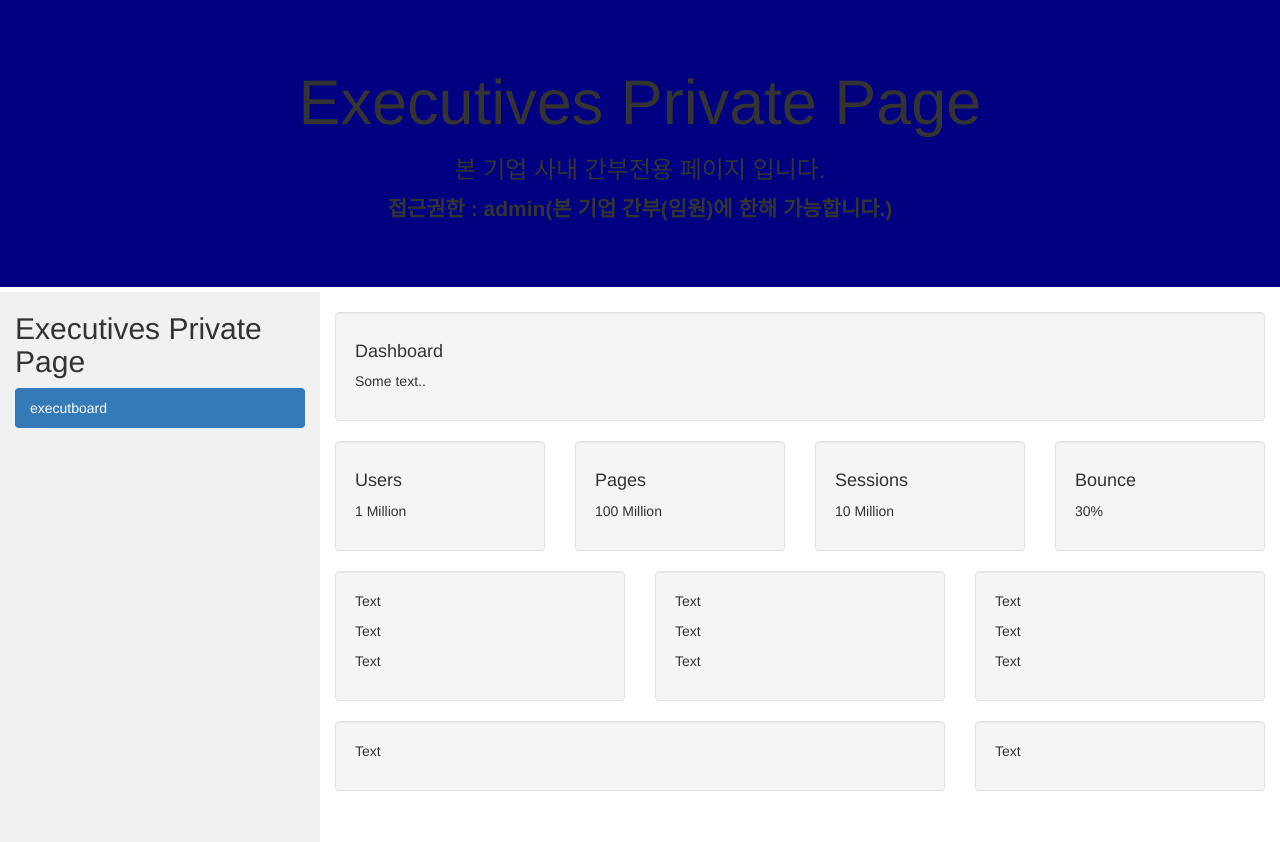
Repository: as2019a/spring
Page: http://localhost/ch19_project_mavenwebsite/WEB-INF/views/executives/maps.jsp
An editor plug-in stored every save of this project. The page is shown before and after the next save, followed by the edit.
The browser window is 1280 px wide. The pictures show the whole page.
Some web libraries are served in a nearby version. The page is served by Tomcat 9. Nobody is signed in. The template is opened directly, without the code that normally fills it, so the values that code supplies are empty.

Above is the page before, as saved 2019-01-29 08:49:52.

After the next save:
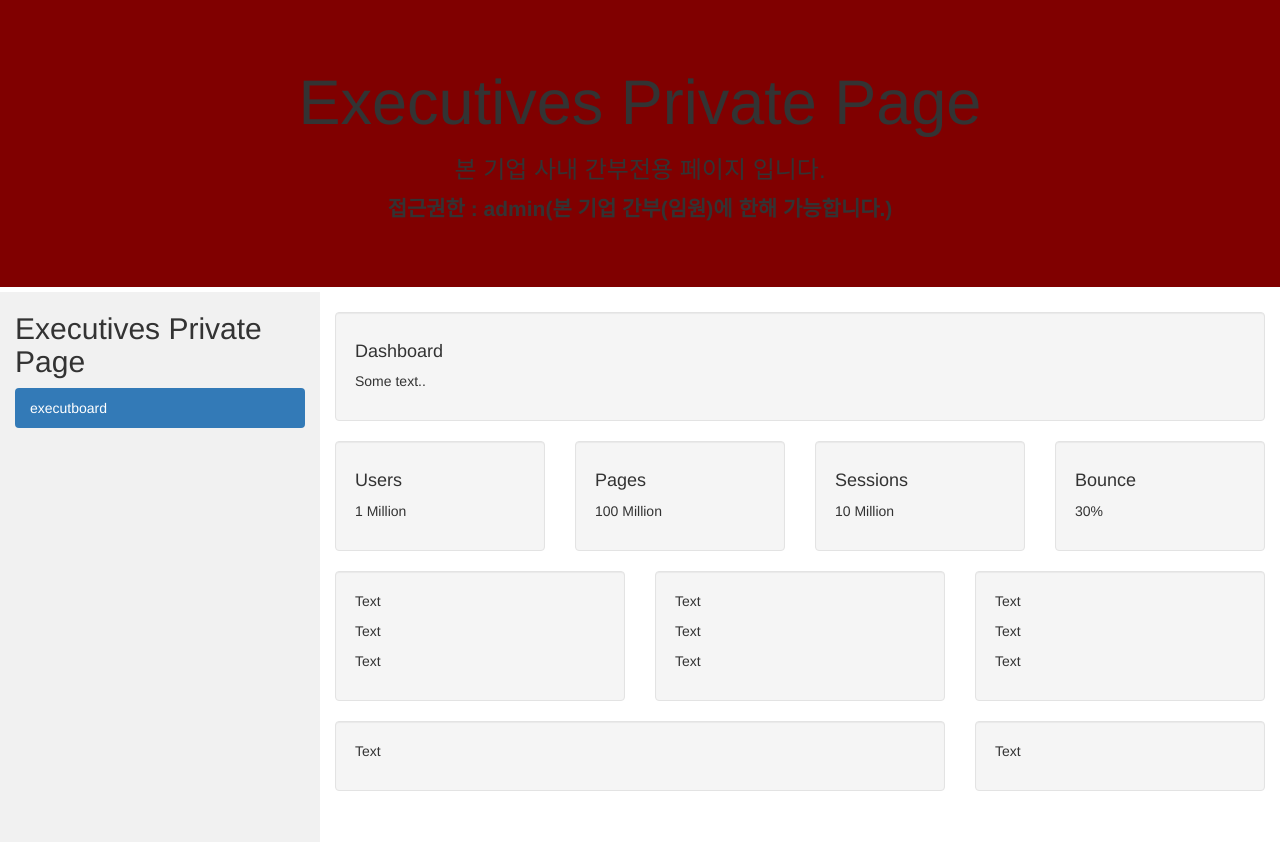
Saved 20 s later.
--- a/ch19_project_mavenwebsite/src/main/webapp/WEB-INF/views/executives/maps.jsp
+++ b/ch19_project_mavenwebsite/src/main/webapp/WEB-INF/views/executives/maps.jsp
@@ -15,7 +15,7 @@
 		margin-bottom: 5px;
 		text-align:center;
 		background-clip:padding-box;
-		background-color:navy;
+		background-color:maroon;
 	}
 
     /* Set height of the grid so .sidenav can be 100% (adjust as needed) */
